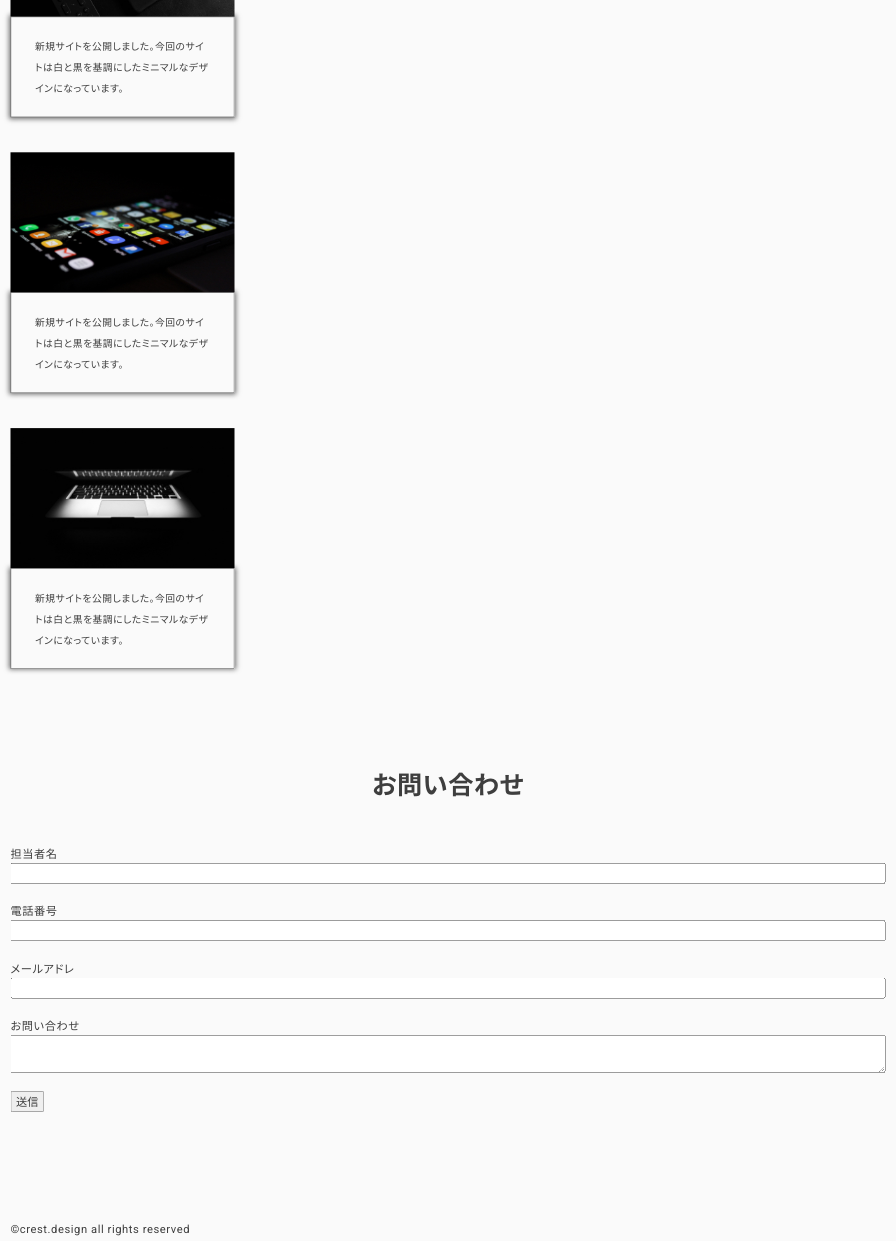
Repository: hatarakimono-kumasan/kurisuta_1st
Page: index.html
The author's editor kept a copy of each file at every save. The page is drawn from the files as they stood at one save, then again after the next save.
The browser window is 1280 px wide. The pictures show the part of the page from y = 3991 to 5911 px (the page is 5764 px tall before and 5911 px after), at 70% of full size.
Some web libraries are served in a nearby version. The style sheet was rebuilt from its Sass, Less or Tailwind sources for each picture, by a compiler version that may differ from the author's.

Above is the page before, as saved 2020-05-15 11:53:21.

After the next save:
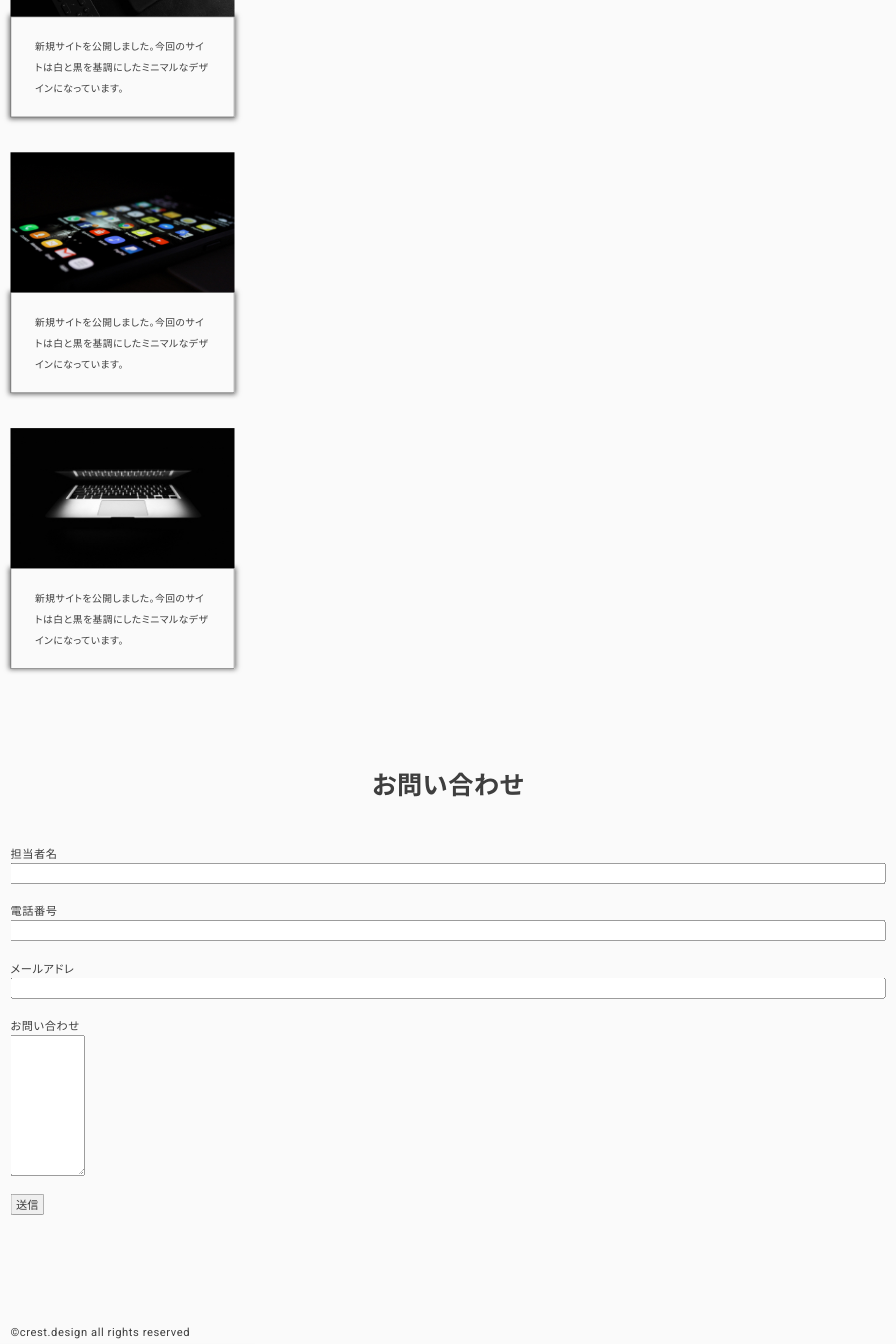
Saved 73 s later.
--- a/scss/layout/_main.scss
+++ b/scss/layout/_main.scss
@@ -96,6 +96,10 @@ contact
 			.inputs {
 				margin-bottom: 22px;
 			}
+			textarea {
+				width: 100px;
+				height: 195px;
+			}
 		}
 	}
 }
